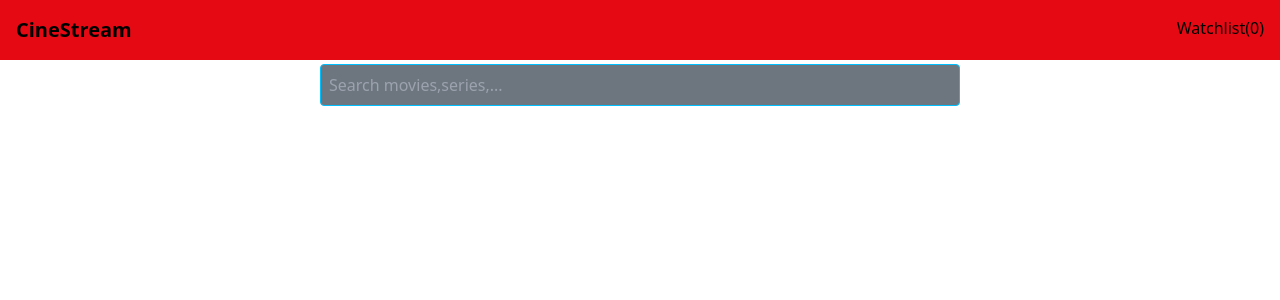
Repository: Reshmashameem31/Cine-Stream
Page: / (app in movie-project/)
The author's editor kept a copy of each file at every save. The page is drawn from the files as they stood at one save, then again after a run of saves.
The browser window is 1280 px wide. The pictures show the whole page.
The project was rebuilt for these pictures with package versions that can differ from the ones it lists, and the page was loaded fresh each time. Also part of the build but not shown: movie-project/vite.config.js, movie-project/src/pages/WatchList.jsx.

Above is the page before, as saved 2025-08-15 17:42:08.

After the next 6 saves:
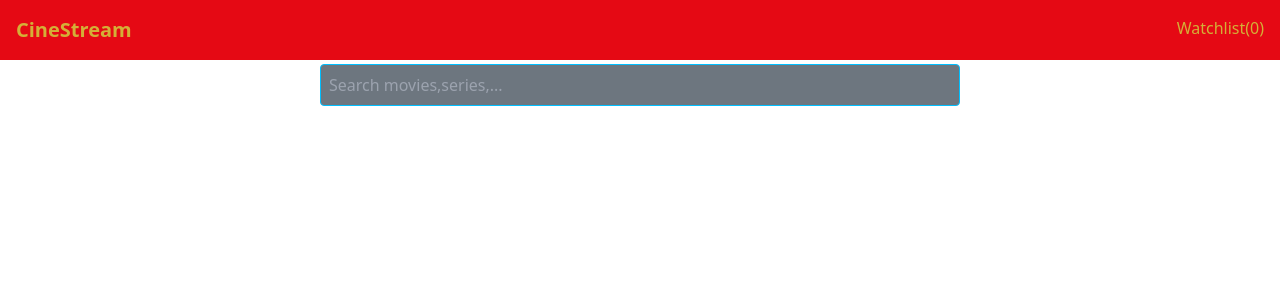
The 6 saves are shown as one change because they came seconds apart.
The last was saved 19 s later.
--- a/movie-project/src/pages/Navbar.jsx
+++ b/movie-project/src/pages/Navbar.jsx
@@ -3,7 +3,7 @@
 
 const Navbar = () => {
   return (
-    <nav className='p-4 bg-[#E50914] text-[#FF]  flex justify-between fixed w-full top-0'>
+    <nav className='p-4 bg-[#E50914] text-[#D4AF37]  flex justify-between fixed w-full top-0'>
       <Link to="/" className='font-bold text-xl hover:text-[#00E5FF] '>CineStream</Link>
       <Link to="/watchlist" className='text-l hover:text-[#00E5FF]'>Watchlist(0)</Link>
     </nav>

After the save that followed:
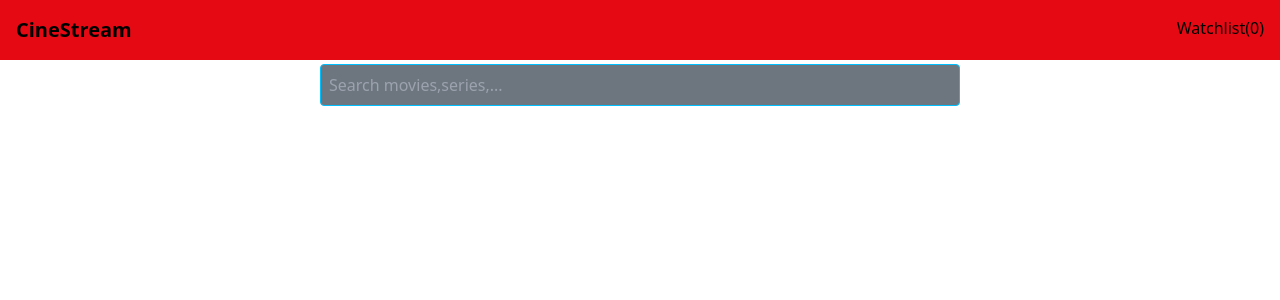
Saved 15 s later.
--- a/movie-project/src/pages/Navbar.jsx
+++ b/movie-project/src/pages/Navbar.jsx
@@ -3,7 +3,7 @@
 
 const Navbar = () => {
   return (
-    <nav className='p-4 bg-[#E50914] text-[#D4AF37]  flex justify-between fixed w-full top-0'>
+    <nav className='p-4 bg-[#E50914] text-[#]  flex justify-between fixed w-full top-0'>
       <Link to="/" className='font-bold text-xl hover:text-[#00E5FF] '>CineStream</Link>
       <Link to="/watchlist" className='text-l hover:text-[#00E5FF]'>Watchlist(0)</Link>
     </nav>
